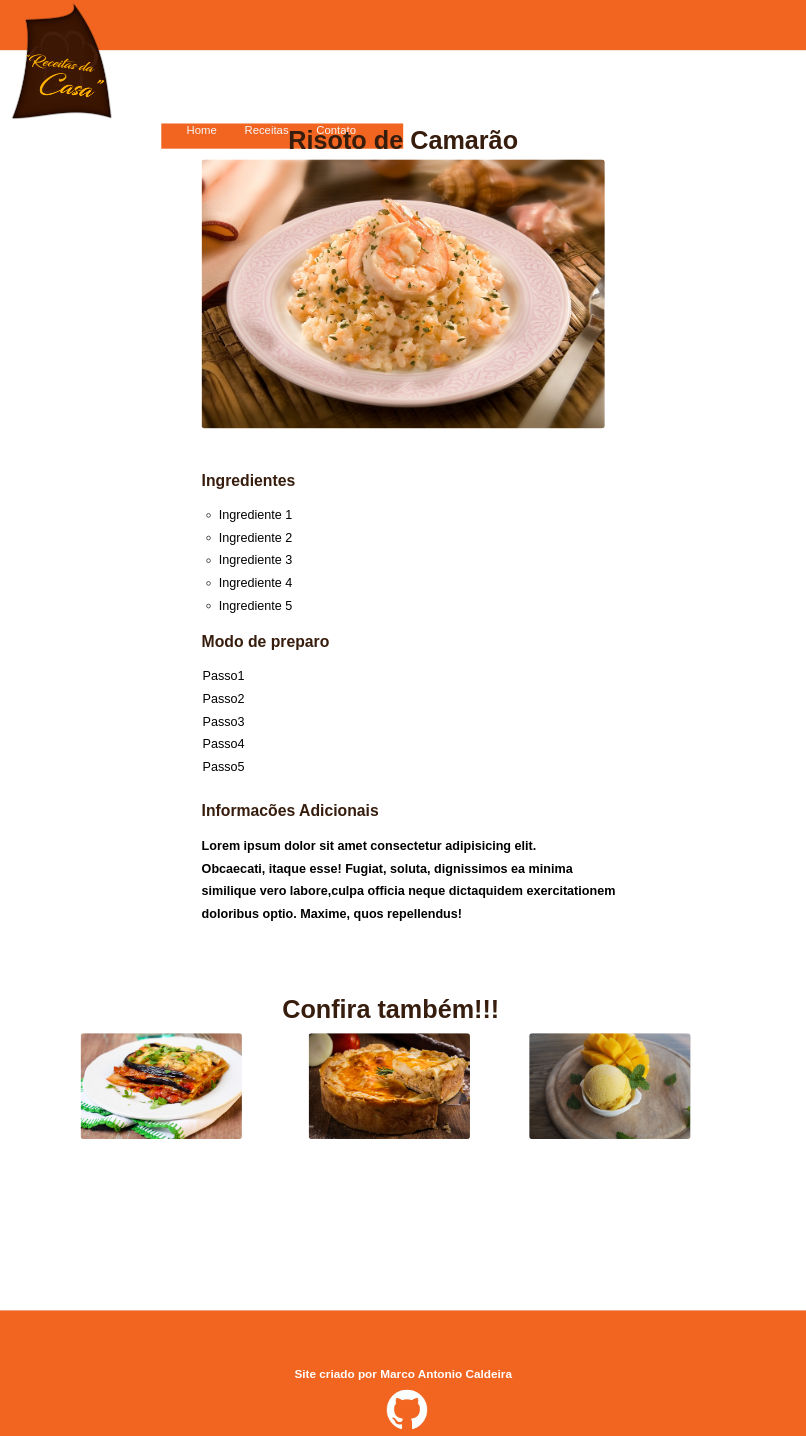
Repository: MarcoantonioCaldeira/Aprendizados-e-Conhecimentos
Page: Receitas da Casa/index.html
The author's editor kept a copy of each file at every save. The page is drawn from the files as they stood at one save, then again after the next save.
The browser window is 1280 px wide. The pictures show the whole page, at 63% of full size.

Above is the page before, as saved 2022-05-29 22:02:12.

### Receitas da Casa/index.html
<!DOCTYPE html>
<html>
    <head>
    <meta charset="utf-8">
    <title>Receitas do Marco</title>
    <link rel="stylesheet" text="css" href="css/estilo.css">
    <link rel="stylesheet" text="css" href="css/fonts.css">
    <style>

    </style>
    </head>
    <body>
        <header id="topo">
            <img id="logo" src="imagens/logo.png">
            <li class="li-topo">
                <ul class="ul-topo" href="#">Home</ul>
                <ul class="ul-topo" href="#">Receitas</ul>
                <ul class="ul-topo" href="#">Contato</ul>
            </li>
        </header>
        <main id="corpo">
            <h1 class="titulo-receita">Risoto de Camarão</h1>
            <figure>
                <img class="img_receita" src="imagens/imagem_receita.jpg">
            </figure>
            <article>

                <h3 class="text_article">Ingredientes</h3>
                <ul class="text_ul">
                     <li>Ingrediente 1</li>
                     <li>Ingrediente 2</li>
                     <li>Ingrediente 3</li>
                     <li>Ingrediente 4</li>
                     <li>Ingrediente 5</li>
                </ul>

               <h3 class="text_article_2">Modo de preparo</h3>
               <li class="text_ul_2">
                   <ul>Passo1</ul>
                   <ul>Passo2</ul>
                   <ul>Passo3</ul>
                   <ul>Passo4</ul>
                   <ul>Passo5</ul>
               </li>

               <h3 class="text_article_3">Informacões Adicionais</h3>
               <h3 class="text">Lorem ipsum dolor sit amet consectetur adipisicing elit.<br>
                Obcaecati, itaque esse! Fugiat, soluta, dignissimos ea minima<br> similique vero
                labore,culpa officia neque dictaquidem exercitationem <br>doloribus optio. Maxime, quos
                repellendus!</h3>


               <h1 class="h1_informacoes">Confira também!!!</h1>
               <div id="outras_receitas">
                    <img class="img_receita1" src="imagens/lazanha_de_beringela.jpg">
                    <img class="img_receita2" src="imagens/torta_de_frango.jpg">
                    <img class="img_receita3" src="imagens/sorvete-manga.jpg">
               </div>

            </article>
        </main>
        <footer id="rodape">
            <div class="agradecimentos-rodape">
                <h3>Site criado por Marco Antonio Caldeira</h3>
                <a href="https://github.com/MarcoantonioCaldeira"><img class="logoGit" src="imagens/github_logo.png"></a>
            </div>
        </footer>
    </body>
</html>

### Receitas da Casa/css/estilo.css
* {
    margin: 0;
}

#topo{
  width: 100%;
  background-color:rgb(241, 101, 32);
  height: 80px;
}

#logo{
  width: 15%;

}

.titulo_logo{
  position: relative;
  font-family: arial;
  top: 20%;
  font-size:30px;
  color:white;
  left:-40%;
}

#corpo{
  width: 100%;
  height: 2000px;
  background-color: white;
}

.img_receita{
  position:relative;
  border-radius: 5px;
  margin-left: 25%;
  margin-top: 10%;
  width:50%;
}

#outras_receitas{
  width: 100%;
  height: 300px;
  background-color:white;
}

.img_receita1{
  position:relative;
  left:10%;
  top:5%;
  border-radius:5px;
  width:20%;
}

.img_receita2{
  position:relative;
  left: 18%;
  top:5%;
  border-radius:5px;
  width:20%;
}

.img_receita3{
  position:relative;
  left: 25%;
  top:5%;
  border-radius:5px;
  width:20%;
}

#rodape{
  background-color: rgb(241, 101, 32);
  width: 100%;
  height: 200px;
}

.agradecimentos-rodape{
  position: relative;
  top: 45%;
  color:white;
  font-family: arial;
  text-align: center;
}

.logoGit{
  position: absolute;
  width: 5%;
  left:48%;
  top: 35px;
}

### Receitas da Casa/css/fonts.css
h1{
  text-align: center;
}

.li-topo{
  position:relative;
  background-color: rgb(241, 101, 32);
  list-style: none;
  height: 40px;
  width: 30%;
  margin-left: 20%;
}

.ul-topo{
  display: inline;
  font-family: arial;
  color:rgb(246, 246, 246);
  font-size:18px;
}

.titulo-receita{
  position: relative;
  font-size: 40px;
  font-family: arial;
  top:6%;
  color:rgb(55, 29, 13);
}

.text_article{
  position:absolute;
  display: inline;
  left:25%;
  margin-top: 5%;
  color:rgb(55, 29, 13);
  font-size: 25px;
  font-family: arial;
}

.text_ul{
  position:absolute;
  font-size: 20px;
  line-height: 1.8;
  list-style-type:circle;
  margin-top:9%;
  left:24%;
  display:inline-block;
  font-family: arial;
}

.text_article_2{
  position:absolute;
  display: inline;
  left:25%;
  margin-top: 25%;
  color:rgb(55, 29, 13);
  font-size: 25px;
  font-family: arial;
}

.text_ul_2{
  position:absolute;
  font-size: 20px;
  line-height: 1.8;
  list-style-type:circle;
  margin-top:29%;
  left:22%;
  display:inline-block;
  font-family: arial;
}

.text_article_3{
  position:absolute;
  display: inline;
  left:25%;
  margin-top: 46%;
  color:rgb(55, 29, 13);
  font-size: 25px;
  font-family: arial;
}

.text{
  position:absolute;
  font-size: 20px;
  line-height: 1.8;
  margin-top:50%;
  left:25%;
  display:inline-block;
  font-family: arial;
}

.h1_informacoes{
  position: relative;
  font-size: 40px;
  font-family: arial;
  left:35%;
  margin-top:70%;
  display:inline-block;
  color:rgb(55, 29, 13);
}

After the next save:
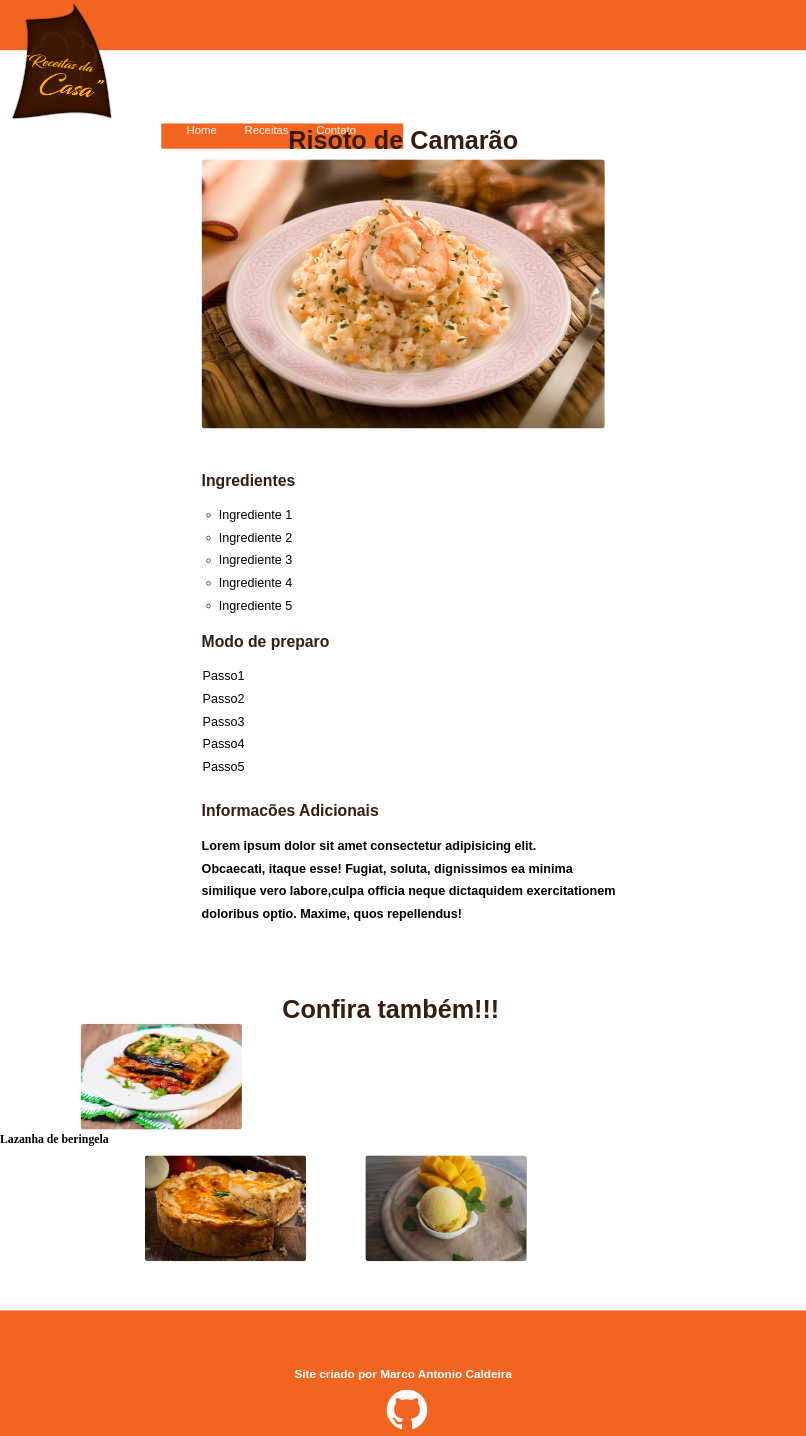
Saved 2 min 11 s later.
--- a/Receitas da Casa/index.html
+++ b/Receitas da Casa/index.html
@@ -52,7 +52,11 @@
 
                <h1 class="h1_informacoes">Confira também!!!</h1>
                <div id="outras_receitas">
-                    <img class="img_receita1" src="imagens/lazanha_de_beringela.jpg">
+                    <div>
+                      <img class="img_receita1" src="imagens/lazanha_de_beringela.jpg">
+                      <h3>Lazanha de beringela</h3>
+                    </div>
+
                     <img class="img_receita2" src="imagens/torta_de_frango.jpg">
                     <img class="img_receita3" src="imagens/sorvete-manga.jpg">
                </div>
